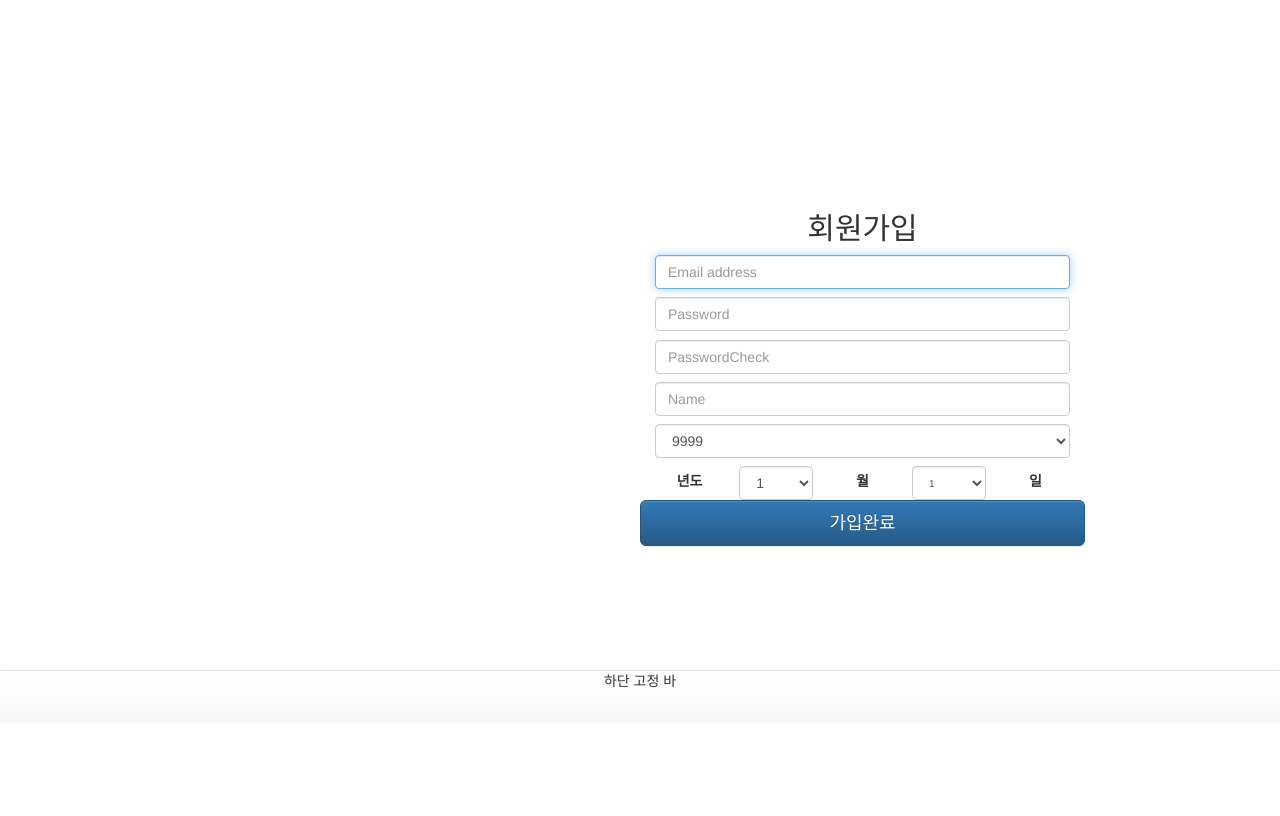
Repository: hrhwbp/Acorn-Final-Project
Page: http://localhost/final_project/index.jsp
These files come from the project's save history. The page is drawn as it stood at one moment and after the next save; the edit follows.
The browser window is 1280 px wide. The pictures show the whole page.
Some web libraries are served in a nearby version. The page is served by Tomcat 9. Nobody is signed in. The application's start-up code is not run. Other server files are loaded and not shown.

Above is the page before, as saved 2016-10-26 07:01:15.

### final_project/src/main/webapp/index.jsp
<%@ page language="java" contentType="text/html; charset=UTF-8"
	pageEncoding="UTF-8"%>
<!DOCTYPE html">
<html>
<head>
<meta http-equiv="Content-Type" content="text/html; charset=UTF-8">
<title>REMIND</title>
<!-- 합쳐지고 최소화된 최신 CSS -->
<link rel="stylesheet"
	href="https://maxcdn.bootstrapcdn.com/bootstrap/3.3.2/css/bootstrap.min.css">
<!-- 부가적인 테마 -->
<link rel="stylesheet"
	href="https://maxcdn.bootstrapcdn.com/bootstrap/3.3.2/css/bootstrap-theme.min.css">
<style type="text/css">
.top_pd {
	padding-top: 2%;
}

.bottom_pd {
	padding-bottom: 2%;
}

.main_pd {
	padding-top: 15%;
	padding-bottom: 20%;
}

.lbl_pd{
	padding-top: 3%
}
</style>
<!-- 합쳐지고 최소화된 최신 자바스크립트 -->
<script
	src="https://ajax.googleapis.com/ajax/libs/jquery/3.1.1/jquery.min.js"></script>
<script
	src="https://maxcdn.bootstrapcdn.com/bootstrap/3.3.2/js/bootstrap.min.js"></script>
</head>
<body class="center-block()">
	<div class="container main_pd">
		<div class="container col-md-5 col-md-offset-1"></div>
		<div class="container col-md-5">
			<div class="row col-md-12 hide">
				<form class="form-signin">
					<h2 class="form-signin-heading text-center">로그인</h2>
					<div class="row">
						<label for="inputEmail" class="sr-only">Email address</label> <input
							type="email" id="inputEmail" class="form-control"
							placeholder="Email address" required autofocus>
					</div>
					<div class="row top_pd bottom_pd">
						<label for="inputPassword" class="sr-only">Password</label> <input
							type="password" id="inputPassword" class="form-control"
							placeholder="Password" required>
					</div>

					<button class="btn btn-lg btn-primary btn-block" type="submit">로그인</button>
				</form>
				<button class="btn btn-lg btn-primary btn-block" type="button">회원가입</button>
			</div>
			<div class="row col-md-12">
				<form class="form-signin">
					<h2 class="form-signin-heading text-center">회원가입</h2>
					<div class="row-md-12">
						<label for="inputEmail" class="sr-only">Email address</label> <input
							type="email" id="inputEmail" class="form-control"
							placeholder="Email address" required autofocus>
					</div>
					<div class="row-md-12 top_pd">
						<label for="inputPassword" class="sr-only">Password</label> <input
							type="password" id="inputPassword" class="form-control"
							placeholder="Password" required>
					</div>
					<div class="row-md-12 top_pd">
						<label for="passwordCheck" class="sr-only">PasswordCheck</label> <input
							type="password" id="passwordCheck" class="form-control"
							placeholder="PasswordCheck" required>
					</div>
					<div class="row-md-12 top_pd">
						<label for="inputName" class="sr-only">Name</label> <input
							type="text" class="form-control" id="inputName"
							placeholder="Name" required>
					</div>
					<div class="row-md-12">
					<div class="row-md-3 top_pd">
						<select class="form-control">
							<option>9999</option>
							<option>2</option>
							<option>3</option>
							<option>4</option>
							<option>1115</option>
						</select>
					</div>
					<div class="col-md-2 lbl_pd text-center">
						<label class="">년도</label>
					</div>
					<div class="col-md-3 top_pd">
						<select class="form-control">
							<option>1</option>
							<option>2</option>
							<option>3</option>
							<option>4</option>
							<option>10</option>
						</select>
					</div>
					<div class="col-md-2 lbl_pd text-center">
						<label class="">월</label>
					</div>
					<div class="col-md-3 top_pd">
						<select class="form-control" style="font-size: 10px">
							<option>1</option>
							<option>2</option>
							<option>3</option>
							<option>4</option>
							<option>10</option>
						</select>
					</div>
					<div class="col-md-2 lbl_pd text-center">
						<label class="">일</label>
					</div>
					</div>
					<div class="row top_pd">
						<button class="btn btn-lg btn-primary btn-block" type="submit">가입완료</button>
					</div>

				</form>

			</div>
		</div>
	</div>
	<%@include file="bottom.jsp"%>
</body>
</html>

### final_project/src/main/webapp/bottom.jsp
<%@ page language="java" contentType="text/html; charset=UTF-8"
    pageEncoding="UTF-8"%>
<!DOCTYPE html PUBLIC "-//W3C//DTD HTML 4.01 Transitional//EN" "http://www.w3.org/TR/html4/loose.dtd">
<html>
<head>
<meta http-equiv="Content-Type" content="text/html; charset=UTF-8">
<title>Insert title here</title>
</head>
<body>
<nav class="navbar navbar-default navbar-fixed-bottom">
  <div class="container">
  	<div class="row text-center">
  	 	하단 고정 바
  	</div>
  </div>
</nav>
</body>
</html>

After the next save:
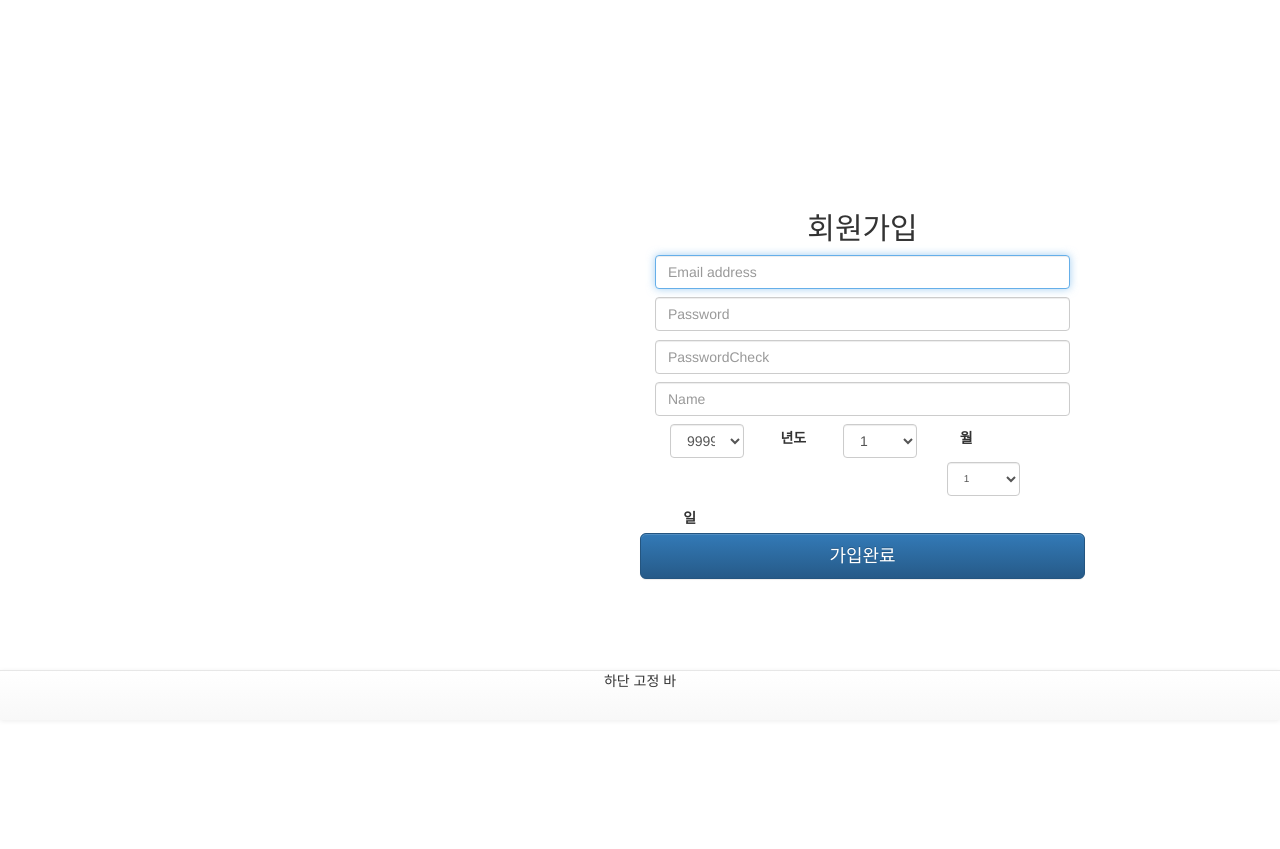
Saved 13 s later.
--- a/final_project/src/main/webapp/index.jsp
+++ b/final_project/src/main/webapp/index.jsp
@@ -81,7 +81,7 @@
 							placeholder="Name" required>
 					</div>
 					<div class="row-md-12">
-					<div class="row-md-3 top_pd">
+					<div class="col-md-3 top_pd">
 						<select class="form-control">
 							<option>9999</option>
 							<option>2</option>
